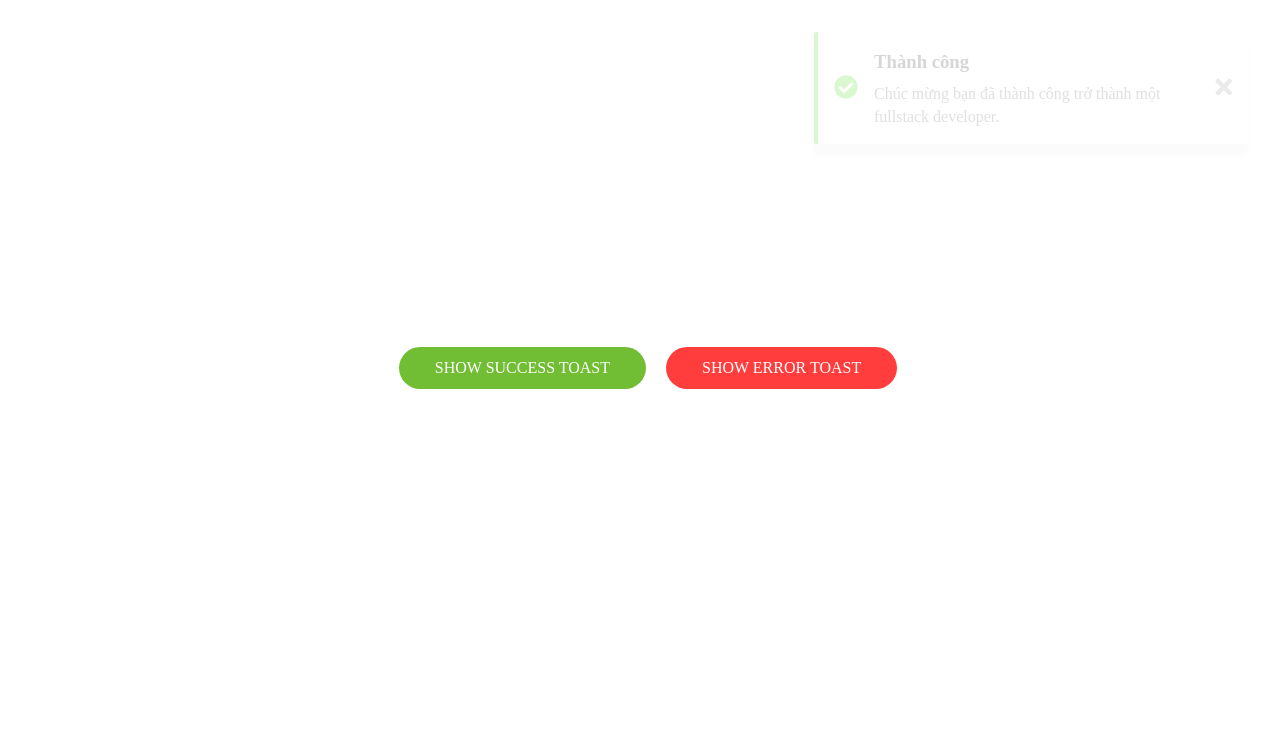
Repository: Hoquoctrung/github-anh-Trung-hihi
Page: Lesson-2/index.html
An editor plug-in stored every save of this project. The page is shown before and after the next save, followed by the edit.
The browser window is 1280 px wide. The page is 1288 px wide, so the pictures cover 1288 px, including what lies to the right of the window. The pictures show the whole page.
After loading, the first visible `div.btn` was clicked once.

Above is the page before, as saved 2021-08-21 21:59:01.

### Lesson-2/index.html
<!DOCTYPE html>
<html lang="en">
<head>
    <meta charset="UTF-8">
    <meta http-equiv="X-UA-Compatible" content="IE=edge">
    <meta name="viewport" content="width=device-width, initial-scale=1.0">
    <title>BEM Practice</title>
    <link rel="stylesheet" href="style.css">
    <link rel="stylesheet" href="https://cdnjs.cloudflare.com/ajax/libs/font-awesome/5.15.4/css/all.min.css" integrity="sha512-1ycn6IcaQQ40/MKBW2W4Rhis/DbILU74C1vSrLJxCq57o941Ym01SwNsOMqvEBFlcgUa6xLiPY/NS5R+E6ztJQ==" crossorigin="anonymous" referrerpolicy="no-referrer" />
</head>
<body>
    <div id="toast"></div>

    <div id="btn">
            <div onclick="ShowSuccessToast()" class="btn btn--succeed"> SHOW SUCCESS TOAST</div>
            <div onclick="ShowErrorToast()" class="btn btn--error"> SHOW ERROR TOAST</div>
    </div>

    <script>
        // Toast function
        function toast({
            title = '',
            message = '',
            type = 'info',
            duration = 3000,
        }) {
            const main = document.getElementById('toast');
            const delay = (duration / 1000).toFixed(2);
            const timeOut = duration + 1000;
            if (main) {
                const toast = document.createElement('div');
                const icons = {
                    success:'fas fa-check-circle',
                    info:'fas fa-info-circle',
                    warning:'fas fa-exclamation-triangle',
                    error:'fas fa-exclamation-triangle'
                };
                const icon = icons[type];

                toast.classList.add('toast',`toast--${type}`);
                toast.style.animation = `slideInLeft ease .3s, fadeOut ease 1s ${delay}s forwards`;

                toast.innerHTML = `
                    <div class="toast__icon">
                        <i class="${icon}"></i>
                    </div>
                    <div class="toast__body">
                        <h3 class="toast__title">${title}</h3>
                        <p class="toast__msg">${message}</p>
                    </div>
                    <div class="toast__close">
                        <i class="fa fa-times" ></i>
                    </div>
                `;
                main.appendChild(toast);
                setTimeout(function() {
                    main.removeChild(toast)
                }, timeOut)
            }
        }
        function ShowSuccessToast() {
            toast({
                title: 'Thành công',
                message: 'Chúc mừng bạn đã thành công trở thành một fullstack developer.',
                type: 'success',
                duration: 1000,
            });
        };

        function ShowErrorToast() {
            toast({
                title: 'Thất bại',
                message: 'Có lỗi xảy ra trên đường bạn trở thành fullstack developer. Hãy fig bux đi.',
                type: 'error',
                duration: 3000,
            });
        }
    </script>
</body>
</html>

### Lesson-2/style.css
body {
    display: flex;
    justify-content: center;
    align-items: center;
    height: 100vh;
    width: 100%;
}

.btn {
    display: inline-block;
    text-decoration: none;
    outline: none;
    border: none;
    background-color: transparent;
    color:#fff;
    padding: 12px 36px;
    border-radius: 50px;
    cursor: pointer;
}

.btn:hover {
    opacity: 0.8;
}

.btn--succeed {
    background-color: #71be34;
}

.btn--error {
    background-color: #ff3d3d;
}

.btn + .btn {
    margin-left: 16px;
}

#btn {
    margin: 20px;
}

#toast {
    position: fixed;
    top: 32px;
    right: 32px;
}


.toast {
    display: flex;
    align-items: center;
    background-color: #fff;
    box-shadow: 0 12px 4px rgba(0,0,0,0.08);
    border-left: 4px solid;
    border-radius: 2px;
    min-width: 380px;
    max-width: 430px;
    transition: all linear .3s;
}

@keyframes slideInLeft {
    from {
        transform: translateX(calc(100% + 32px));
        opacity: 0;
    }

    to {
        transform: translateX(0);
        opacity: 1;
    }
}

@keyframes fadeOut {
to {
        opacity: 0;
    }
}

.toast + .toast {
    margin-top: 24px;
}

.toast__icon {
    font-size: 24px;
}

.toast__icon,
.toast__close {
    padding: 0 16px;
}

.toast__body {
    flex-grow: 1;
}

.toast--success {
    border-color: rgb(69, 223, 22);
}

.toast--success .toast__icon {
    color: rgb(69, 223, 22);
}

.toast--info {
    border-color: rgb(23, 70, 226);
}

.toast--info .toast__icon {
    color: rgb(23, 70, 226);
}

.toast--warning {
    border-color: #ffc021;
}

.toast--warning .toast__icon {
    color: #ffc021
}

.toast--error {
    border-color: rgb(255, 0, 0);
}

.toast--error .toast__icon {
    color: rgb(255, 0, 0);
}

.toast__title {
    color: #333;
}

.toast__msg {
    margin-top: -8px;
    opacity: 0.6;
    line-height: 1.4;
}

.toast__close {
    font-size: 24px;
    color: rgba(0,0,0,0.4);
    cursor: pointer;
}

.toast__close:hover {
    opacity: 0.7;
}

After the next save:
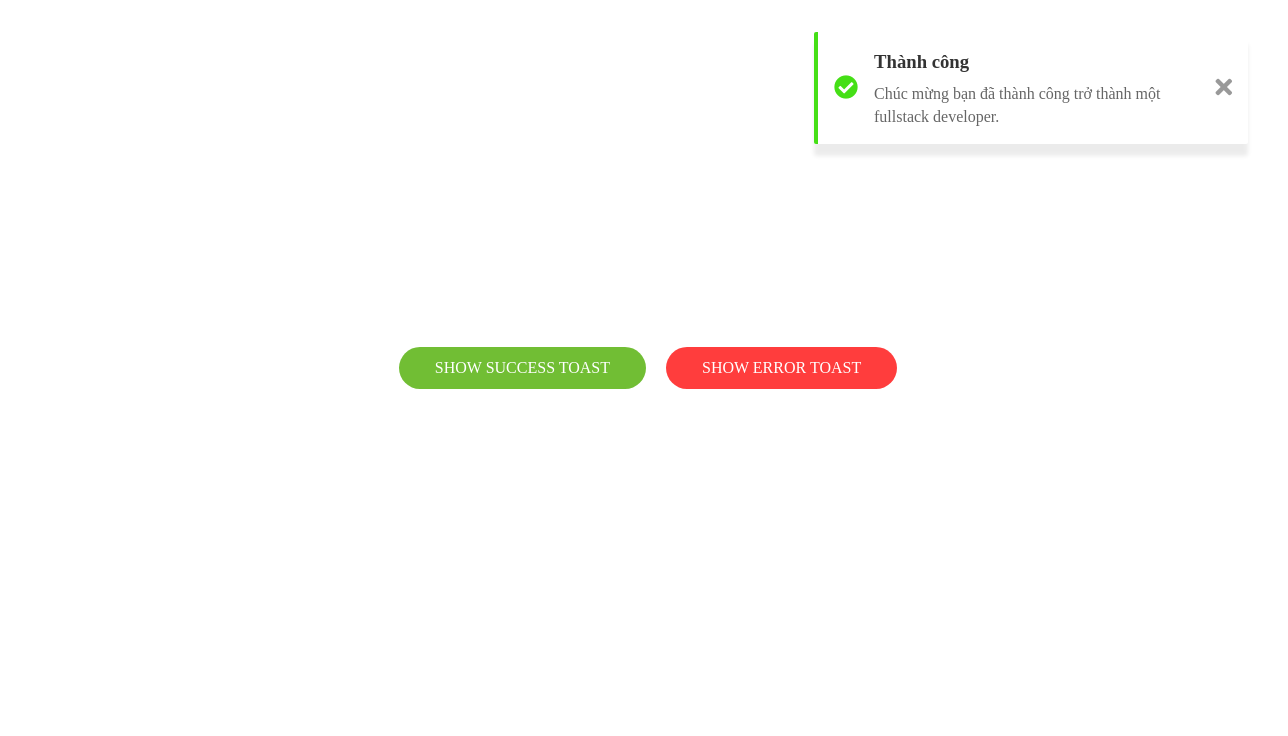
Saved 50 s later.
--- a/Lesson-2/index.html
+++ b/Lesson-2/index.html
@@ -63,7 +63,7 @@
                 title: 'Thành công',
                 message: 'Chúc mừng bạn đã thành công trở thành một fullstack developer.',
                 type: 'success',
-                duration: 1000,
+                duration: 5000,
             });
         };
 
@@ -72,7 +72,7 @@
                 title: 'Thất bại',
                 message: 'Có lỗi xảy ra trên đường bạn trở thành fullstack developer. Hãy fig bux đi.',
                 type: 'error',
-                duration: 3000,
+                duration: 5000,
             });
         }
     </script>
